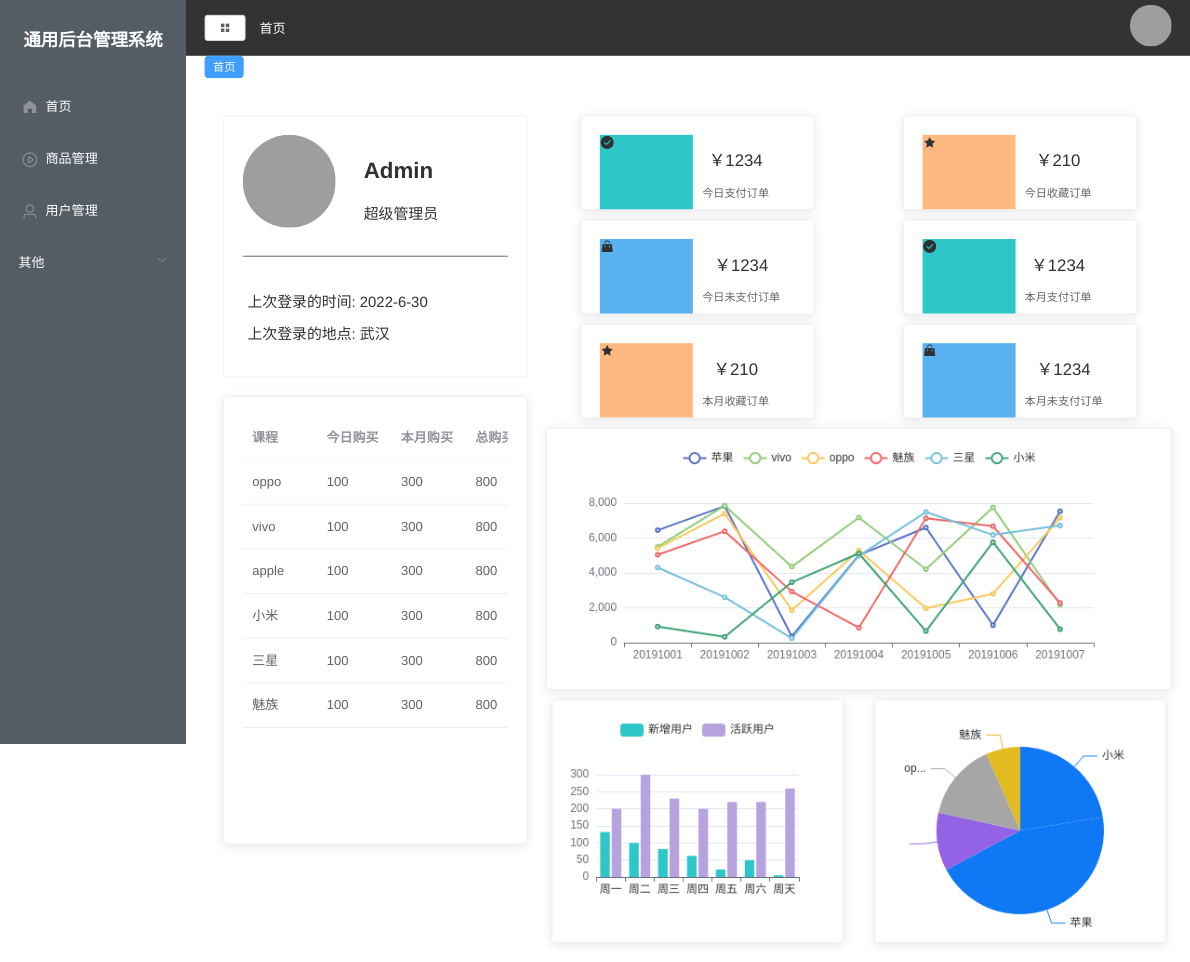
Repository: zhangwen001208/cmd
Page: /
An editor plug-in stored every save of this project. The page is shown before and after the next save, followed by the edit.
The browser window is 1280 px wide. The pictures show the whole page, at 93% of full size.
Pictures or frames that could not be fetched are drawn as grey boxes. The project was rebuilt for these pictures with package versions that can differ from the ones it lists, and the page was loaded fresh each time. Also part of the build but not shown: vue.config.js.

Above is the page before, as saved 2022-08-27 17:47:06.

### src/main.js
import Vue from 'vue'
import App from './App.vue'
import router from './router'
import store from './store'
import ElementUI from 'element-ui';
import 'element-ui/lib/theme-chalk/index.css';

import 'normalize.css'
import './assets/css/index.less'

import '../src/request/mock.js'

Vue.config.productionTip = false

Vue.use( ElementUI )

new Vue({
  router,
  store,

  render: h => h(App)
}).$mount('#app')

### src/App.vue
<template>
  <div id="app">
    <router-view/>
  </div>
</template>

<style lang="less">
#app {
  font-family: Avenir, Helvetica, Arial, sans-serif;
  -webkit-font-smoothing: antialiased;
  -moz-osx-font-smoothing: grayscale;
  text-align: center;
  color: #2c3e50;
}

nav {
  padding: 30px;

  a {
    font-weight: bold;
    color: #2c3e50;

    &.router-link-exact-active {
      color: #42b983;
    }
  }
}
</style>

### src/router/index.js

import Vue from 'vue'
import VueRouter from 'vue-router'


Vue.use(VueRouter)

//即路由地址为’ / ’ 的页面，重复点击后重定向到的页面依然是Home页面，也就是所谓的产生了冗余导航，
const VueRouterPush = VueRouter.prototype.push
VueRouter.prototype.push = function push (location) {
  return  VueRouterPush.call(this, location).catch(err => err)
}


const routes = [
  {
    path: '/',
    name: 'main',
    component: () => import('../views/Main.vue'),
    children: [
      {
        path: '',
        name: 'home',

        component:() => import('../views/home/home.vue')
      },
      {
        path: '/user',
        name: 'user',
        component:() => import('../views/user/user.vue')
      },
      {
        path: '/mall',
        name: 'mall',
        component:() => import('../views/mall/mall.vue')
      },
      {
        path: '/page1',
        name: 'page1',
        component:() => import('../views/other/pageOne.vue')
      },
      {
        path: '/page2',
        name: 'page2  ',
        component:() => import('../views/other/pageTwo.vue')
      }



    ]
  },

]

const router = new VueRouter({
  mode: 'history',
  base: process.env.BASE_URL,
  routes
})






export default router

### src/store/index.js
import Vue from 'vue'
import Vuex from 'vuex'
import tab from './tab'

Vue.use(Vuex)

export default new Vuex.Store({
  state: {
  },
  getters: {
  },
  mutations: {
  },
  actions: {
  },
  modules: {
    tab
  }
})

### src/assets/css/index.less
@import './base.less';

### src/request/mock.js
import Mock from 'mockjs'
import homeApi from './home.js'


Mock.mock('/home/getData',homeApi.getStatisticalData )

### src/views/Main.vue
<template>
  <div class="home">
      <el-container style="height: 100%">
        <el-aside width="auto">
          <home-aside/>
        </el-aside>
        <el-container>
          <el-header class="header">
            <home-header></home-header>
          </el-header>
           <commandTag/>
          <el-main>
          <router-view></router-view>
          </el-main>
        </el-container>
    </el-container>


  </div>
</template>

<script>

// @ is an alias to /src

import HomeAside from '../components/HomeAside.vue'
import homeHeader from '../components/homeHeader.vue'
import commandTag from '../components/commendTag.vue'

export default {
  name: 'HomeView',
  components: {
    HomeAside,
    homeHeader,
    commandTag

  }
}
</script>
<style lang="less" scoped>
.header{
  background-color: #333;
}

</style>

### src/views/home/home.vue
<!-- eslint-disable vue/multi-word-component-names -->
<template>
    <div>
        <el-row class="home">
            <el-col :span="8" style="margin-top: 20px">
                <el-card shadow='hover'>
                    <div class="user">
                        <img :src="userImg">
                        <div class="userinfo">
                            <p class="name">Admin</p>
                            <p class="access">超级管理员</p>
                        </div>
                    </div>
                     <div class="login-info">
                            <p>上次登录的时间: <span>2022-6-30</span></p>
                            <p>上次登录的地点: <span>武汉</span></p>

                        </div>

                </el-card>
                <el-card style="margin-top: 20px; height: 480px">
                     <el-table
                        :data="tableData"
                        >
                        <el-table-column
                        v-for="(val, key) in tableLabel"
                         :key="key"
                         :prop= 'key'
                         :label= 'val'
                        >
                        </el-table-column>

                    </el-table>

                     </el-card>


            </el-col>
            <el-col :span="16" style="margin-top: 20px">
                <div class="num">
                    <el-card v-for="item in countData" :key="item.name" :body-style="{ display: 'flex', paddig: 0 }">
                        <i class="icon" :class="`el-icon-${item.icon}`" :style="{background: item.color}"></i>
                        <div class="detail">
                            <p class="num">￥{{item.value}}</p>
                            <p class="text">{{item.name}}</p>
                        </div>

                    </el-card>

                </div>
                <el-card style="height: 280px">
                    <div style="height: 280px" ref="echarts"></div>
                </el-card>

                <div class="graph">
                    <el-card style="height: 260px">
                        <div style="height: 240px" ref="userecharts"> </div>
                    </el-card>
                    <el-card style="height: 260px">
                        <div style="height: 240px" ref="videoecharts"> </div>
                    </el-card>
                </div>

            </el-col>

        </el-row>

    </div>
</template>

<script>
import { getData } from '../../request/data.js'
import * as echarts from 'echarts';



    export default {
        data() {
            return {
                userImg: require('../../assets/img/tx.jpeg'),
                tableData: [

                ],
                tableLabel: {
                    name: '课程',
                    todayBuy: '今日购买',
                    monthBuy: '本月购买',
                    totalBuy: '总购买'

                },
                countData: [
                    {
                        name: '今日支付订单',
                        value: '1234',
                        icon: 'success',
                        color: '#2ec7c9'
                    },
                    {
                        name: '今日收藏订单',
                        value: '210',
                        icon: 'star-on',
                        color: '#ffb980'
                    },
                    {
                        name: '今日未支付订单',
                        value: '1234',
                        icon: 's-goods',
                        color: '#5ab1ef'
                    },
                     {
                        name: '本月支付订单',
                        value: '1234',
                        icon: 'success',
                        color: '#2ec7c9'
                    },
                    {
                        name: '本月收藏订单',
                        value: '210',
                        icon: 'star-on',
                        color: '#ffb980'
                    },
                    {
                        name: '本月未支付订单',
                        value: '1234',
                        icon: 's-goods',
                        color: '#5ab1ef'
                    },
                ]
            }
        },
        mounted() {
            getData().then(res => {
                const { code, data } = res.data
                if(code === 20000){
                    this.tableData = data.tableData
                    const order = data.orderData
                    const xDate = order.date //拿到date作为x坐标
                    const keyArry = Object.keys(order.data[0])
                    const series = []
                    keyArry.forEach(key => {
                        series.push({
                            name: key ,
                            data: order.data.map(item => item[key]), //这样拿到的就是data里面的value
                            type: 'line' // 图型类型
                        })
                    })

                    const option = {
                          xAxis: {
                            data: xDate
                          },
                          yAxis: {},
                          legend: {
                            data: keyArry
                          },
                          series
                    }
                    const E = echarts.init(this.$refs.echarts)
                    E.setOption(option)

                    //柱状图
                    const userOption = {
                        legend: {
                            textStyle: {
                                color: '#333',
                            }
                        },
                        grid: {
                            trigger: 'axis'
                        },
                        xAxis: {
                            type: 'category',
                            data: data.userData.map(item => item.data),
                            axisLine:{
                               linestyle: {
                                color: '#17b3a3',
                               }
                            },
                            axisLabel: {
                                interval: 0,
                                color: '#333'
                            },
                        },
                        yAxis: [
                            {
                                type: 'value',
                                axisLine: {
                                    linestyle: {
                                        color: '#17b3a3'
                                    },
                                }
                            }
                        ],
                        color: ['#2ec7c9', '#b6a2de'],
                        series: [
                            {
                                name: '新增用户',
                                data: data.userData.map(item => item.new),
                                type: 'bar'
                            },
                             {
                                name: '活跃用户',
                                data: data.userData.map(item => item.active),
                                type: 'bar'
                            }
                        ]
                    }
                    const U = echarts.init(this.$refs.userecharts)
                    U.setOption(userOption)

                    //饼图
                    const videoOption = {
                        tooltip: {
                            trigger: 'itme'
                        },
                        color:[
                            '#0f78f4',
                            'dd536b',
                            '#9462e5',
                            '#a6a6a6',
                            '#e1bb22',
                            '#39c362',
                            '#3ed1cf'
                        ],
                        series: [
                            {
                                data: data.videoData,
                                type: 'pie'
                            }
                        ]
                    }

                    const V = echarts.init(this.$refs.videoecharts)
                    V.setOption(videoOption)

                }
                console.log(res)
            })
        },

    }
</script>

<style lang="less" scoped>
.user {
    display: flex;
    padding-bottom: 20px;
    border-bottom: 1px solid #666;

    img{
        width: 100px;
        height: 100px;
        border-radius: 50%;
        margin-right:  30px;
    }
    .name {
        font-weight: 800;
        font-size: 24px;
    }
    .user {
        font-size: 14px;
    }
}
.login-info {
    margin-top: 40px;
    margin-left: 5px;
}
.num {
    display: flex;
    flex-wrap: wrap;
    justify-content: space-around;

    i {
        display: block;
        width: 100px;

    }
    .el-card {
        width: 250px;
        height: 100px;
        margin-bottom : 10px ;
    }
    .detail {
        margin-left: 10px;
        .num {
        font-size: 18px;
         }
        .text {
            font-size: 12px;
            color: #666;
         }

    }







}
.el-card {
    margin-left: 20px;
}
.graph {
    display: flex;
    justify-content: space-around;
    margin-top: 10px;

    .el-card{
        width: 45%;
    }
}

</style>

### src/store/tab.js
export default {
    state: {
       isCollapse: false,
       tabsList: [
        {
            path: '/',
            name: 'home',
            label: '首页',
            icon: 'home'
        }
       ],
       currentMenu: null
    },
    mutations: {
        Collapsemenu(state) {
            state.isCollapse = !state.isCollapse
        },
        selectMenu(state, val) {
            if(val.name !== 'home') {
                state.currentMenu = val
                const result = state.tabsList.findIndex(item => item.name === val.name)

                if(result === -1) {
                    state.tabsList.push(val)
                }else {
                    state.currentMenu == null;
                }
            }
        }

    }
}

### src/assets/css/base.less

body{
    padding: 0;
    margin: 0;
}

html,body,#app {
    width: 100%;
    height: 100%;
    text-align: left;
}

### src/components/HomeAside.vue
<template>
<el-menu  default-active="1-4-1"
    class="el-menu-vertical-demo"
     background-color= '#545c64'
     text-color="#fff"
     active-text-color="#ffd04b"
    @open="handleOpen" @close="handleClose"
    :collapse="isCollapse">
  <h3>{{isCollapse? '后台': '通用后台管理系统'}}</h3>
  <el-menu-item  @click="clickmenu(item)" v-for="item in nochildren" index="item.path" :key="item.path">
    <i :class="'el-icon-'+item.icon"></i>
    <span slot="title">{{item.label}}</span>
  </el-menu-item>
  <el-submenu v-for="item in haschildren" index="item.path" :key="item.path">
    <template slot="title">
      <i class="'el-icon-'+item.icon"></i>
      <span slot="title">{{item.label}}</span>
    </template>
    <el-menu-item-group v-for="subitem in item.children" index='subitem.path' :key="subitem.path">

      <el-menu-item @click="clickmenu(subitem)" index="1-1">{{subitem.label}}</el-menu-item>

    </el-menu-item-group>

  </el-submenu>


</el-menu>

</template>

<script>
export default {
    data() {
      return {

        menu:[
          {
            path: '/',
            name: 'home',
            label: '首页',
            icon: 's-home',
            url: 'Home/home'
          },
           {
            path: '/mall',
            name: 'mall',
            label: '商品管理',
            icon: 'video-play',
            url: 'MallManage/MallManage'
          },
           {
            path: '/user',
            name: 'user',
            label: '用户管理',
            icon: 'user',
            url: 'UserManage/UserManage'
          },
           {

            label: '其他',
            icon: 'location',
           children: [
            {
            path: '/page1',
            name: 'page1',
            label: '页面1',
            icon: 'setting',
            url: 'Other/pageOne'
            },
            {
            path: '/page2',
            name: 'page2',
            label: '页面2',
            icon: 'setting',
            url: 'Other/pageTwo'
            }

           ]
          }

        ]
      };
    },
    methods: {
      handleOpen(key, keyPath) {
        console.log(key, keyPath);
      },
      handleClose(key, keyPath) {
        console.log(key, keyPath);
      },
      clickmenu(item) {
        if(this.$router.path !== item.path) {
            this.$router.push({
            name: item.name,
        })
        }
        this.$store.commit('selectMenu', item)


      }
    },
    computed: {
      nochildren() {
        return this.menu.filter(item => !item.children)
      },
      haschildren() {
         return this.menu.filter(item => item.children)
      },
      isCollapse() {
        return  this.$store.state.tab.isCollapse
      }
    }
  }
</script>

<style lang="less" scoped>
  .el-menu-vertical-demo:not(.el-menu--collapse) {
    width: 200px;
    height: 800px;

  }
  .el-menu {
    height: 800px;
    border: none;
    h3{
      color: #fff;
      text-align: center;
      line-height: 48px;

    }
  }

</style>

### src/components/homeHeader.vue
<template>
   <header>
        <div class="l-content">
            <el-button @click="hadrlemenu" plain icon="el-icon-menu" size="mini"></el-button>
            <!-- <h3 style="color: #fff">首页</h3> -->
            <el-breadcrumb separator="/">
                    <el-breadcrumb-item v-for="item in tags" :key="item.path" :to="{ path: item.path }">{{item.label}}</el-breadcrumb-item>


            </el-breadcrumb>
         </div>
         <div class="r-content">
            <el-dropdown trigger="click" szie="mini">
                <span>
                    <img class="user" :src="userImg">
                </span>
                <el-dropdown-menu slot="dropdown">
                    <el-dropdown-item>个人中心</el-dropdown-item>
                    <el-dropdown-item>退出</el-dropdown-item>
                </el-dropdown-menu>

            </el-dropdown>

         </div>
   </header>

</template>

<script>

import {mapState} from 'vuex'

    export default {
        name: 'homeHeader',
        data() {
            return {
                userImg: require('../assets/img/tx.jpeg')
            }
        },
        methods: {
            hadrlemenu() {
                this.$store.commit('Collapsemenu')
            }
        },
        computed: {
            ...mapState({
                tags: state => state.tab.tabsList
            })


        },





    }
</script>

<style lang="less" scoped>
header {
    display: flex;
    height: 100%;
    justify-content: space-between;
    align-items: center;
    .l-content {
        display: flex;
        align-items: center;
        .el-button {
            margin-right: 15px;

        }
        .el-breadcrumb ::v-deep .el-breadcrumb__inner {
        color: #fff !important;
}
    }
    .r-content {
        .user {
            width: 45px;
            height: 45px;
            border-radius: 50%;
        }
    }


}


</style>

### src/components/commendTag.vue
<template>
    <div class="tag">
      <el-tag
        v-for="(tag,index) in tags"
        :key="tag.name"
        :closable ="tag.name !== 'home'"
        :effect= "$route.name == tag.name? 'dark': 'plain' "
        @click="changmenu(tag)"
        @close= "handleClose(tag, index)"
        size="small"
        >
        {{tag.label}}
     </el-tag>


    </div>
</template>

<script>
import { mapState } from 'vuex'


    export default {
        name: 'commandTag',
        data() {
            return {

            }
        },
        computed: {
            ...mapState({
                tags: state => state.tab.tabsList
            })
        },
        created() {
            console.log(this.tags)
        },
        methods: {
            changmenu(item) {
                this.$router.push({
                    name: item.name
                })

            },
            handleClose(tag){
            this.tags.splice(this.tags.indexOf(tag), 1);
            }
        },



    }
</script>

<style lang="less" scoped>

.tag {
    margin-left: 20px;
}

</style>

### src/request/data.js
import axios from 'axios'


export const getData = () => {
    return axios.request({
        url: '/home/getData'

    })
}

Loaded but not shown: public/index.html (common file); src/request/home.js (129 lines, source omitted)

After the next save:
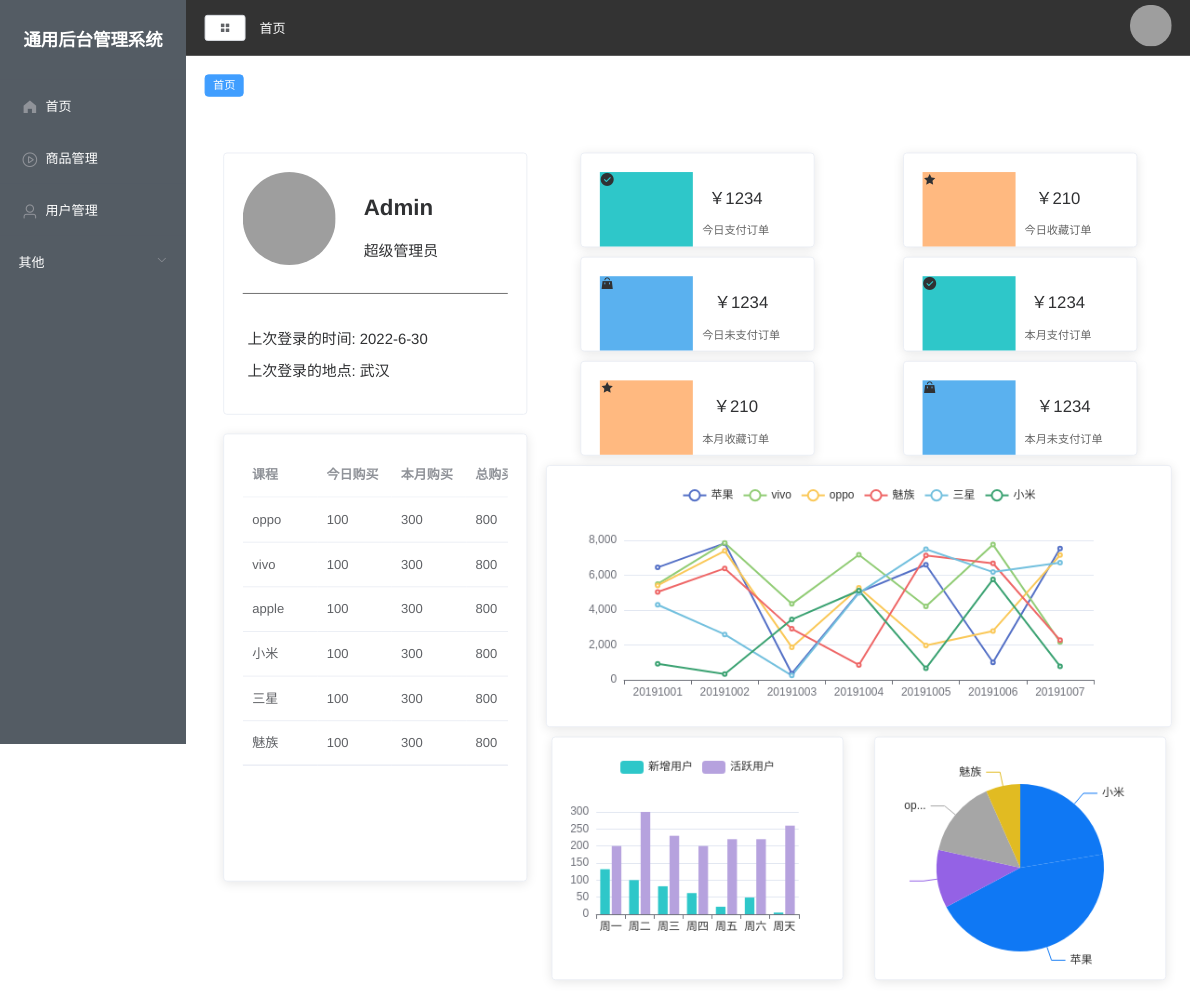
Saved 8 s later.
--- a/src/components/commendTag.vue
+++ b/src/components/commendTag.vue
@@ -55,7 +55,7 @@ import { mapState } from 'vuex'
 <style lang="less" scoped>
 
 .tag {
-    margin-left: 20px;
+    margin: 20px;
 }
 
 </style>
